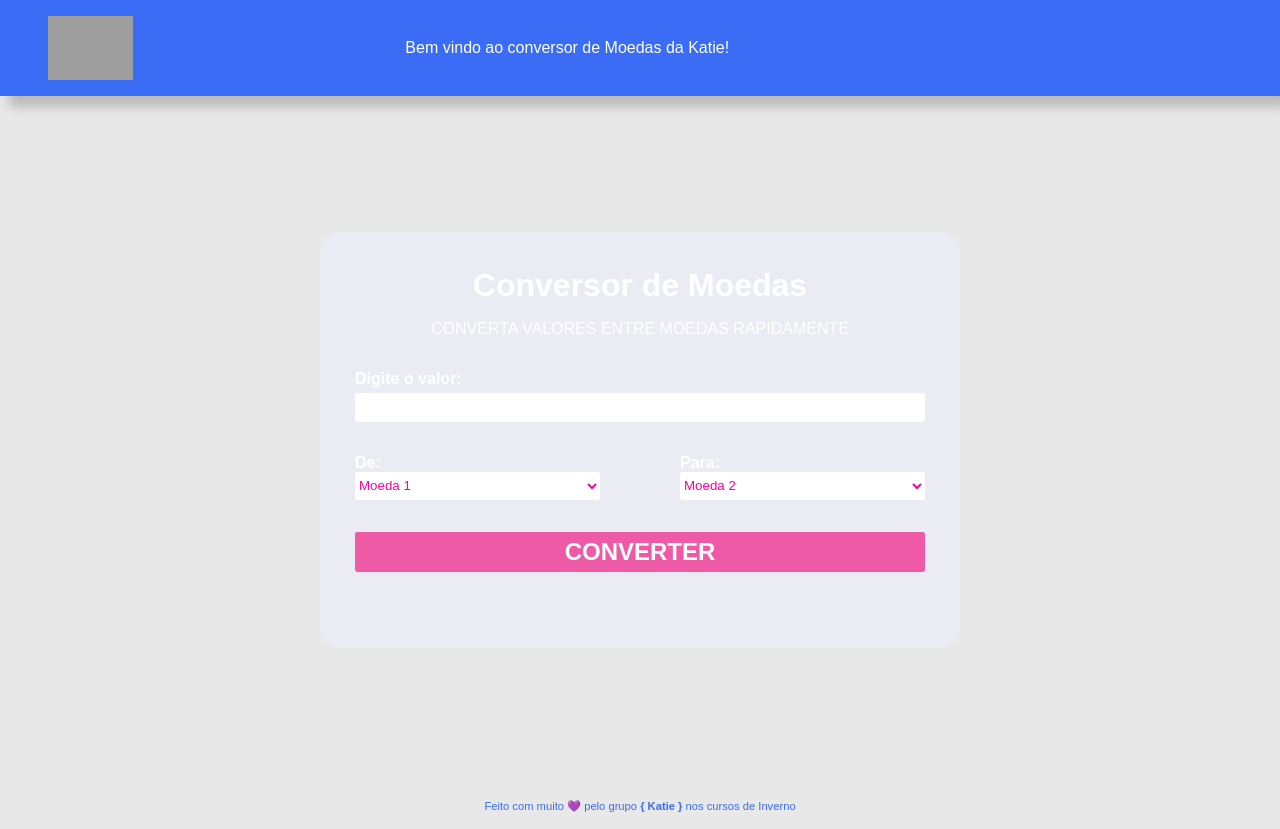
Repository: willamesalmeida/Conversor-de-Moedas
Page: index.html
The author's editor kept a copy of each file at every save. The page is drawn from the files as they stood at one save, then again after the next save.
The browser window is 1280 px wide. The pictures show the whole page.
Pictures or frames that could not be fetched are drawn as grey boxes.

Above is the page before, as saved 2022-08-07 14:44:31.

### index.html
<!DOCTYPE html>
<html lang="pt-br">
<head>
    <meta charset="UTF-8" />
    <meta name="viewport" content="width=device-width, initial-scale=1.0">
    <link rel="stylesheet" href="./global.css">
    <link rel="stylesheet" href="./styles.css">
    <title>Conversor de moedas KATIE</title>
</head>
<body>
    <script src="script.js"></script>

    <header class="cabecalho">
        <img class="gif-katie" src="https://ic.ufal.br/extensao/katie/resources/logoanim.gif"/>
        <p class="saudacao">Bem vindo ao conversor de Moedas da Katie!</p>
    </header>
    <main class="container">
        <section class="card">
            <header>
                <h2 class="titulo">Conversor de Moedas</h2>
                CONVERTA VALORES ENTRE MOEDAS RAPIDAMENTE
            </header>

            <section class="valor">
                <label>Digite o valor:</label>
                <input type="number" id="valor_inicial">
            </section>

            <section class="conversao">
                <div  class="converter-de">
                    <label>De:</label>
                    <select name="moedasde" id="moedasde">
                        <option value="de">Moeda 1</option>
                        <option value="USD">Dolar</option>
                        <option value="BRL">Real</option>
                        <option value="EUR">Euro</option>
                      </select>
                </div>

                <div class="converter-para">
                    <label>Para:</label>
                    <select name="moedaspara" id="moedaspara">
                        <option value="para">Moeda 2</option>
                        <option value="USD">Dolar</option>
                        <option value="BRL">Real</option>
                        <option value="EUR">Euro</option>
                      </select>
                </div>

            </section>
            <button type="submit" onclick="Converter()">CONVERTER</button>

            <span id="resultado" class="resultado"></span>

        </section>

    </main>

    <footer>
        Feito com muito &#128156 pelo grupo <strong>{ Katie }</strong> nos cursos de Inverno
    </footer>


</body>
</html>

### global.css
@import url('https://fonts.googleapis.com/css2?family=Roboto+Flex:opsz,wght@8..144,400;8..144,500&family=Roboto:ital,wght@0,100;0,300;0,400;0,500;0,700;0,900;1,100;1,300;1,400;1,500;1,700;1,900&display=swap');
:root {
  --rosa-katie: #f8049c;
  --amarelo-katie: #fdd54f;
  --cinza-katie: #1f1f24;
  --rosa-claro: #EF5AA7;
  --branco:  #ffffff;
  --blue: #3A6CF5;
  --gray:#E8E8E8;
  --grey2: #EBEBF3
}

* {
  margin: 0;
  padding: 0;
  box-sizing: border-box;
}

body {
  font-family: 'Roboto ', sans-serif;
  font-family: 'Roboto Flex ', sans-serif;
  color: #ffffff;
  background-color: var(--gray);
}

### styles.css
.cabecalho {
  background: var(--blue);
  padding: 1rem 0;
}

.gif-katie {
  margin-left: 3rem;
  height: 4rem;
}
.cabecalho{
  display: flex;
  align-items: center;
  box-shadow: 10px 10px 10px 1px rgba(0, 0, 0, 0.2);
}

.saudacao {
  text-align: center;
  padding-left: 17rem;
}

.container {
  padding: 2.5rem 1rem;
}

.card {
  background: var(--grey2);
  width: 40rem;
  height: 26rem;
  border: 3px solid var(--grey2);
  border-radius: 20px;
  padding: 2rem;
  margin: 6rem auto;
}

header h2 {

  font-size: 2rem;
}

.titulo {
  margin-bottom: 1rem;
}

.card header {
  text-align: center;
}

.valor {
  margin: 2rem 0;
  display: flex;
  flex-direction: column;
}

label {
  font-size: 1rem;
  font-weight: bold;
  margin-bottom: 0.3rem;
}

input,
select {
  border: none;
  border-radius: 0.15rem;
  height: 1.8rem;
  width: 100%;
  background: var(--branco);
  color: var(--rosa-katie)
}

input {
    padding: 0.8rem;
}

.conversao {
    width: 100%;
    margin: 2rem 0;
    display: flex;
    flex-direction: row;
  }

.converter-de,
.converter-para {
  width: 100%;
}

.converter-de {
  margin-right: 2.5rem;
}

.converter-para {
  margin-left: 2.5rem;
}

button {
  background: var(--rosa-claro);
  border: none;
  border-radius: 0.15rem;
  width: 100%;
  height: 2.5rem;
  cursor: pointer;
  color: var(--branco);
  font-weight: bold;
  font-size: 1.5rem;
  transition: 0.5s;
  margin-bottom: 1rem;
}

#resultado {
    font-weight: bold;
    color: var(--amarelo-katie);
    font-size: 1.5rem;
    text-align: center;
}

button:hover {
  filter: brightness(0.8);
}

footer {
    margin: 1rem 0;
    color: var(--blue);
    font-size: 0.70rem;
    text-align: center;
}

### script.js
function Converter() {
  let input = parseFloat(document.getElementById("valor_inicial").value);
  let output = document.getElementById("resultado");
  let de = document.getElementById("moedasde");
  let para = document.getElementById("moedaspara");

  console.log(de.value);

  //Reais
  if (de.value == "BRL" && para.value != "Moeda 2") {
    let valorEmReais = input;
    let valor;
    if (para.value == "BRL") {
      valor = "O valor em reais é: R$" + valorEmReais.toFixed(2);
    } else if (para.value == "EUR") {
      valor = "O valor em euros é: €" + (valorEmReais * 0.1885).toFixed(2);
    } else if (para.value == "USD") {
      valor = "O valor em dólar é: $" + (valorEmReais * 0.1917).toFixed(2);
    }
    output.innerHTML = valor;
  } else if (de.value == "EUR" && para.value != "Moeda 2") {
    let valorEmEuros = input;
    let valor;

    if (para.value == "EUR") {
      valor = "O valor em euros é: €" + valorEmEuros.toFixed(2);
    } else if (para.value == "USD") {
      valor = "O valor em dólar é: $" + (valorEmEuros * 1.0167).toFixed(2);
    } else if (para.value == "BRL") {
      valor = "O valor em reais é: R$" + (valorEmEuros * 5.303).toFixed(2);
    }
    output.innerHTML = valor;
  } else if (de.value == "USD" && para.value != "Moeda 2") {
    console.log("entrou no else is do dolar");
    let valorEmDolar = input;
    let valor;

    if (para.value == "USD") {
      valor = "O valor em dólar é: $" + valorEmDolar.toFixed(2);
    } else if (para.value == "BRL") {
      valor = "O valor em dólar é: R$" + (valorEmDolar * 5.2159).toFixed(2);
    } else if (para.value == "EUR") {
      valor = "O valor em dólar é: €" + (valorEmDolar * 0.9832).toFixed(2);
    }
    output.innerHTML = valor;
  } else {
    output.innerHTML = "";
  }
}

After the next save:
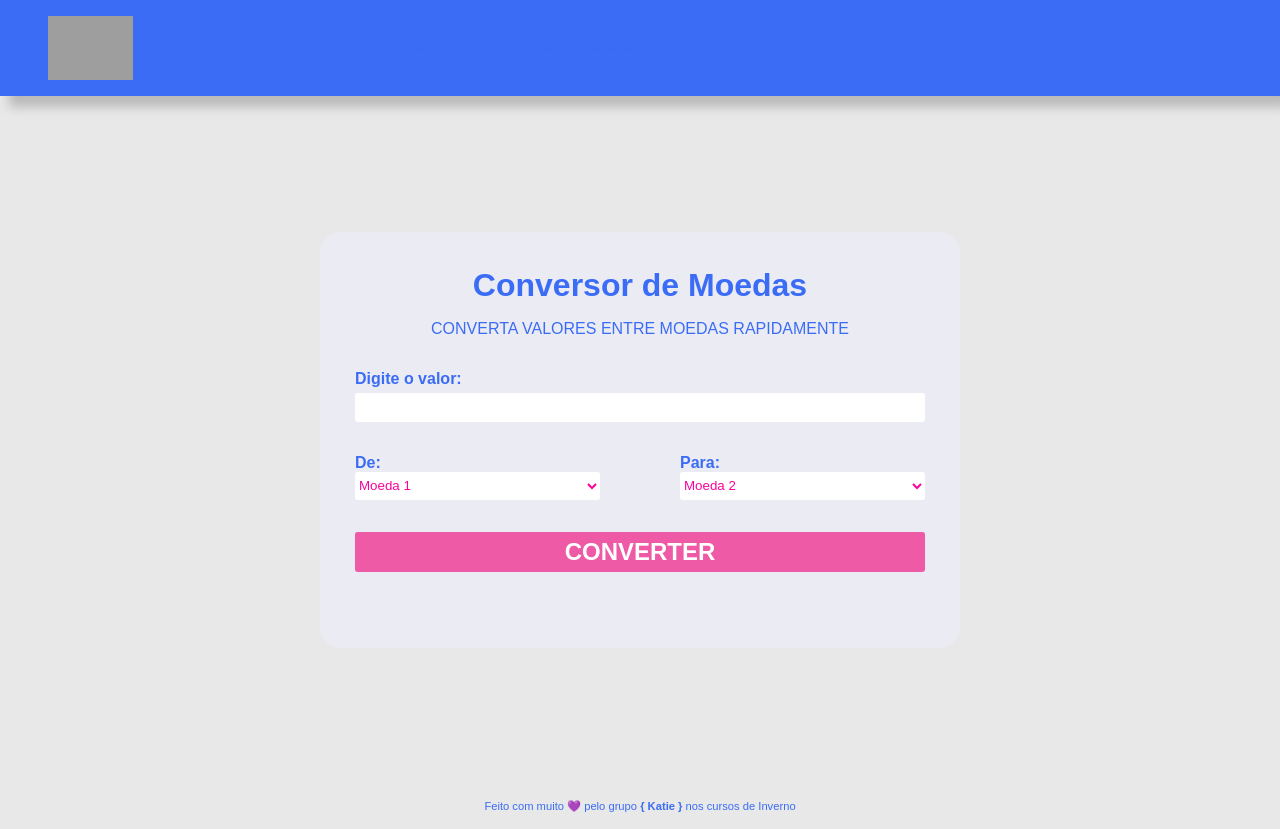
Saved 28 s later.
--- a/global.css
+++ b/global.css
@@ -19,6 +19,6 @@
 body {
   font-family: 'Roboto ', sans-serif;
   font-family: 'Roboto Flex ', sans-serif;
-  color: #ffffff;
+  color: var(--blue);
   background-color: var(--gray);
 }
